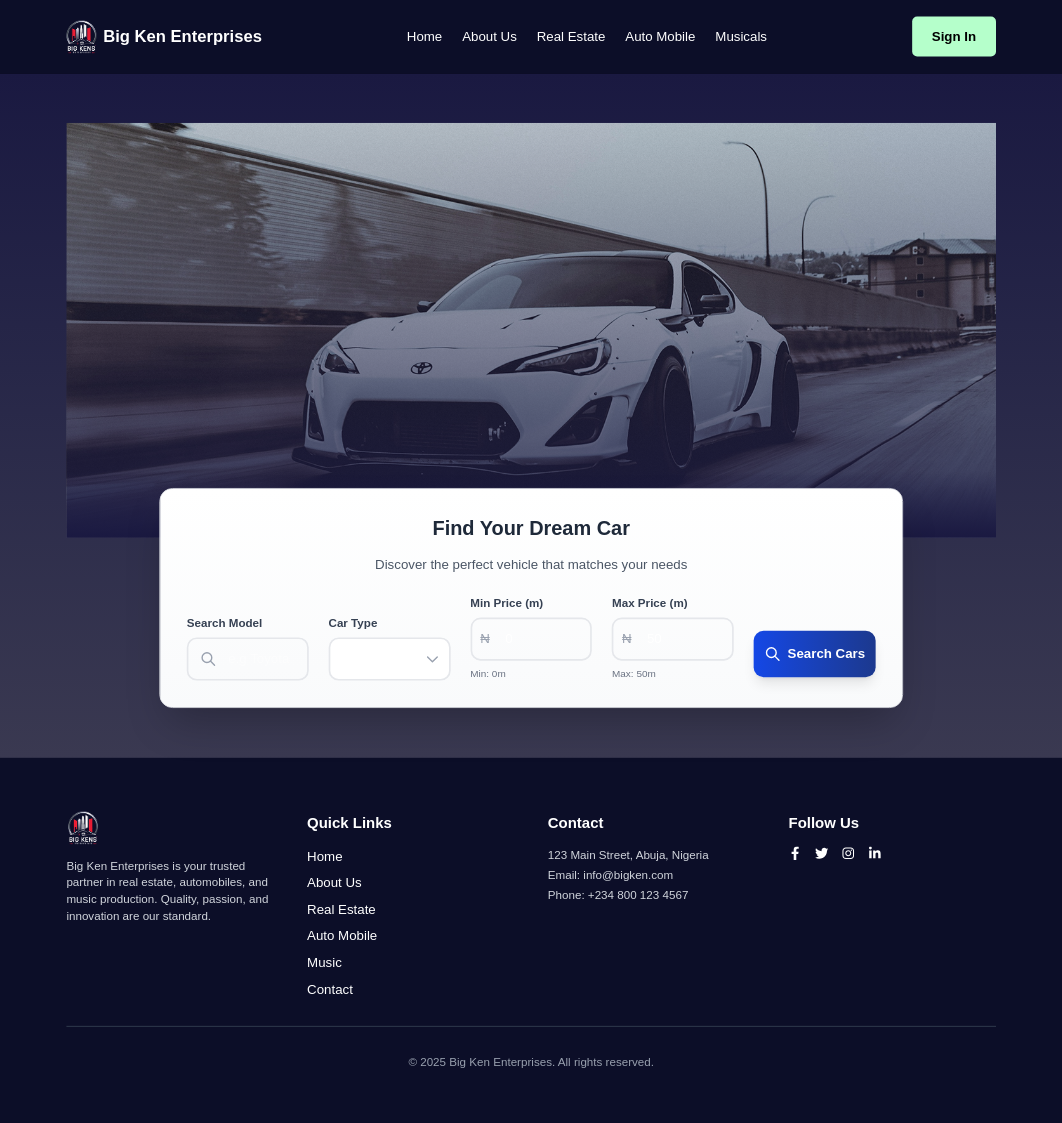
Repository: techvaro/Big-kens-realty-Frontend-react-
Page: /auto-mobile (app in big-kens-realty/)
The author's editor kept a copy of each file at every save. The page is drawn from the files as they stood at one save, then again after the next save.
The browser window is 1280 px wide. The pictures show the whole page, at 83% of full size.
The project was rebuilt for these pictures with package versions that can differ from the ones it lists, and the page was loaded fresh each time. Also part of the build but not shown: big-kens-realty/vite.config.js, big-kens-realty/src/components/Home/hero.jsx, big-kens-realty/src/components/Home/Services.jsx, big-kens-realty/src/components/Home/Stats.jsx, big-kens-realty/src/components/Home/About.jsx, big-kens-realty/src/components/Home/FeaturedProperties.jsx, big-kens-realty/src/components/Home/AutoMobileSale.jsx, big-kens-realty/src/components/Home/RecentProductions.jsx and 11 more.

Above is the page before, as saved 2025-12-10 11:32:02.

### big-kens-realty/index.html
<!doctype html>
<html lang="en">
  <head>
    <meta charset="UTF-8" />
    <link rel="icon" type="image/svg+xml" href="/vite.svg" />
    <meta name="viewport" content="width=device-width, initial-scale=1.0" />
    <title>big-kens-realty</title>
  </head>
  <body>
    <div id="root"></div>
    <script type="module" src="/src/main.jsx"></script>
  </body>
</html>

### big-kens-realty/src/index.css
@import "tailwindcss";

body {
  margin: 0;
  font-family: Arial, sans-serif;
  background-color: #0c0e28;
  color: white;
}

section {
  padding: 60px 80px;
}

h1, h2, h3 {
  margin: 0 0 15px 0;
}

.btn {
  background: #b5ffcb;
  color: #000;
  padding: 12px 25px;
  border-radius: 5px;
  border: none;
  font-weight: bold;
  cursor: pointer;
}

.btn1{
  background: #b5ffcb;
  color: #000;
  height: 30px;
  width: 80px;
  border: none;
  font-weight: bold;
  cursor: pointer;
  border-radius: 5px;
}

.card {
  background: #1b1e49;
  padding: 15px;
  border-radius: 8px;
}

nav img {
  width: auto !important;
}

### big-kens-realty/src/router/AppRouter.jsx
import { BrowserRouter, Routes, Route } from "react-router-dom";
import Home from "../Pages/Home";
import About from "../Pages/About";
import RealEstate from "../Pages/realestate";
import AutoMobile from "../Pages/Car";

// Placeholder components for routes that don't exist yet
// const About = () => <div>About Page</div>;
const Music = () => <div>Music Page</div>;
const Contact = () => <div>Contact Page</div>;

export default function AppRouter() {
  return (
    <BrowserRouter>
      <Routes>
        <Route path="/" element={<Home />} />
        <Route path="/about" element={<About />} />
        <Route path="/real-estate" element={<RealEstate />} />
        <Route path="/auto-mobile" element={<AutoMobile />} />
        <Route path="/music" element={<Music />} />
        <Route path="/contact" element={<Contact />} />
      </Routes>
    </BrowserRouter>
  );
}

### big-kens-realty/src/Pages/Car.jsx
import Navbar from "../components/Navbar/Navbar";
import Footer from "../components/Footer/Footer";
import Hero from "../components/Car/Hero";


export default function Home() {
  return (
    <>
      <Navbar />

      <Hero />

      <Footer />
    </>
  );
}

### big-kens-realty/src/components/Footer/Footer.jsx
import { FaFacebookF, FaTwitter, FaInstagram, FaLinkedinIn } from "react-icons/fa";
import logo from "../../assets/image/logo.png";

export default function Footer() {
  return (
    <footer className="bg-[#0c0e28] text-white py-16 px-5 md:px-20">

      {/* Top section */}
      <div className="grid grid-cols-1 sm:grid-cols-2 lg:grid-cols-4 gap-10">

        {/* Logo & description */}
        <div>
          <img src={logo} alt="Big Ken Enterprises Logo" className="h-10 w-10 object-contain" />
          <p className="mt-4 text-gray-300 text-sm">
            Big Ken Enterprises is your trusted partner in real estate, automobiles, and music production. Quality, passion, and innovation are our standard.
          </p>
        </div>

        {/* Quick Links */}
        <div>
          <h3 className="font-bold text-lg mb-3">Quick Links</h3>
          <ul className="space-y-2">
            <li><a href="/" className="hover:text-[#76ffa8] transition">Home</a></li>
            <li><a href="/about" className="hover:text-[#76ffa8] transition">About Us</a></li>
            <li><a href="/real-estate" className="hover:text-[#76ffa8] transition">Real Estate</a></li>
            <li><a href="/auto-mobile" className="hover:text-[#76ffa8] transition">Auto Mobile</a></li>
            <li><a href="/music" className="hover:text-[#76ffa8] transition">Music</a></li>
            <li><a href="/contact" className="hover:text-[#76ffa8] transition">Contact</a></li>
          </ul>
        </div>

        {/* Contact */}
        <div>
          <h3 className="font-bold text-lg mb-3">Contact</h3>
          <p className="text-gray-300 text-sm">123 Main Street, Abuja, Nigeria</p>
          <p className="text-gray-300 text-sm mt-1">Email: info@bigken.com</p>
          <p className="text-gray-300 text-sm mt-1">Phone: +234 800 123 4567</p>
        </div>

        {/* Social Media */}
        <div>
          <h3 className="font-bold text-lg mb-3">Follow Us</h3>
          <div className="flex gap-4">
            <a href="#" className="text-white hover:text-[#76ffa8] transition"><FaFacebookF /></a>
            <a href="#" className="text-white hover:text-[#76ffa8] transition"><FaTwitter /></a>
            <a href="#" className="text-white hover:text-[#76ffa8] transition"><FaInstagram /></a>
            <a href="#" className="text-white hover:text-[#76ffa8] transition"><FaLinkedinIn /></a>
          </div>
        </div>
      </div>

      {/* Divider */}
      <hr className="my-8 border-gray-700" />

      {/* Bottom section */}
      <p className="text-center text-gray-400 text-sm">
        &copy; {new Date().getFullYear()} Big Ken Enterprises. All rights reserved.
      </p>
    </footer>
  );
}

### big-kens-realty/src/components/Car/Hero.jsx
import { useState } from 'react';
import carbg from "../../assets/car/carbg.png";

export default function HeroSearchSection() {
  const [searchData, setSearchData] = useState({
    model: '',
    carType: 'all',
    minPrice: '0',
    maxPrice: '50'
  });

  const handleInputChange = (e) => {
    const { name, value } = e.target;
    setSearchData(prev => ({
      ...prev,
      [name]: value
    }));
  };

  const handleSubmit = (e) => {
    e.preventDefault();
    // Here you would typically send the search data to your backend or filter cars
    console.log('Search submitted:', searchData);
    alert(`Searching for: ${searchData.model || 'any model'} | Type: ${searchData.carType} | Price: ${searchData.minPrice}m - ${searchData.maxPrice}m`);
  };

  return (
    <section className="relative bg-gradient-to-b from-[#1A1941] to-[#3a3951] pb-16">
      {/* Hero Image with enhanced overlay */}
      <div className="relative overflow-hidden">
        <img
          src={carbg}
          className="w-full h-[500px] object-cover opacity-80"
          alt="Luxury cars background"
        />
        {/* Gradient overlay for better visual appeal */}
        <div className="absolute inset-0 bg-gradient-to-t from-[#1A1941]/80 via-[#1A1941]/40 to-transparent"></div>
        <div className="absolute bottom-0 left-0 right-0 h-20 bg-gradient-to-t from-[#1A1941] to-transparent"></div>
      </div>

      {/* Enhanced Search Box */}
      <div className="bg-gradient-to-b from-white to-gray-50 w-11/12 md:w-4/5 mx-auto mt-[-60px] p-8 rounded-2xl shadow-2xl z-10 relative border border-gray-200">
        <div className="text-center mb-6">
          <h2 className="text-2xl font-bold text-gray-800">Find Your Dream Car</h2>
          <p className="text-gray-600">Discover the perfect vehicle that matches your needs</p>
        </div>

        <form onSubmit={handleSubmit} className="grid md:grid-cols-5 gap-6 items-end">
          {/* Search Model */}
          <div className="space-y-2">
            <label className="text-sm font-semibold text-gray-700 block">Search Model</label>
            <div className="relative">
              <input
                type="text"
                name="model"
                placeholder="e.g Toyota"
                value={searchData.model}
                onChange={handleInputChange}
                className="w-full border-2 border-gray-200 px-4 py-3 rounded-xl focus:outline-none focus:ring-2 focus:ring-blue-500 focus:border-blue-500 transition-all duration-300 pl-12"
              />
              <div className="absolute left-4 top-1/2 transform -translate-y-1/2 text-gray-400">
                <svg xmlns="http://www.w3.org/2000/svg" className="h-5 w-5" fill="none" viewBox="0 0 24 24" stroke="currentColor">
                  <path strokeLinecap="round" strokeLinejoin="round" strokeWidth={2} d="M21 21l-6-6m2-5a7 7 0 11-14 0 7 7 0 0114 0z" />
                </svg>
              </div>
            </div>
          </div>

          {/* Car Type */}
          <div className="space-y-2">
            <label className="text-sm font-semibold text-gray-700 block">Car Type</label>
            <div className="relative">
              <select
                name="carType"
                value={searchData.carType}
                onChange={handleInputChange}
                className="w-full border-2 border-gray-200 px-4 py-3 rounded-xl focus:outline-none focus:ring-2 focus:ring-blue-500 focus:border-blue-500 transition-all duration-300 appearance-none bg-white"
              >
                <option value="all">All Types</option>
                <option value="belgium">Belgium</option>
                <option value="tokunbo">Tokunbo</option>
                <option value="brand_new">Brand New</option>
              </select>
              <div className="absolute right-3 top-1/2 transform -translate-y-1/2 text-gray-400 pointer-events-none">
                <svg xmlns="http://www.w3.org/2000/svg" className="h-5 w-5" fill="none" viewBox="0 0 24 24" stroke="currentColor">
                  <path strokeLinecap="round" strokeLinejoin="round" strokeWidth={2} d="M19 9l-7 7-7-7" />
                </svg>
              </div>
            </div>
          </div>

          {/* Min Price */}
          <div className="space-y-2">
            <label className="text-sm font-semibold text-gray-700 block">Min Price (m)</label>
            <div className="relative">
              <input
                type="number"
                name="minPrice"
                min="0"
                max={searchData.maxPrice}
                value={searchData.minPrice}
                onChange={handleInputChange}
                className="w-full border-2 border-gray-200 px-4 py-3 rounded-xl focus:outline-none focus:ring-2 focus:ring-blue-500 focus:border-blue-500 transition-all duration-300 pl-10"
              />
              <div className="absolute left-3 top-1/2 transform -translate-y-1/2 text-gray-400">
                <span>₦</span>
              </div>
            </div>
            <div className="text-xs text-gray-500">Min: {searchData.minPrice}m</div>
          </div>

          {/* Max Price */}
          <div className="space-y-2">
            <label className="text-sm font-semibold text-gray-700 block">Max Price (m)</label>
            <div className="relative">
              <input
                type="number"
                name="maxPrice"
                min={searchData.minPrice}
                max="50"
                value={searchData.maxPrice}
                onChange={handleInputChange}
                className="w-full border-2 border-gray-200 px-4 py-3 rounded-xl focus:outline-none focus:ring-2 focus:ring-blue-500 focus:border-blue-500 transition-all duration-300 pl-10"
              />
              <div className="absolute left-3 top-1/2 transform -translate-y-1/2 text-gray-400">
                <span>₦</span>
              </div>
            </div>
            <div className="text-xs text-gray-500">Max: {searchData.maxPrice}m</div>
          </div>

          {/* Search Button */}
          <div className="pb-1">
            <button
              type="submit"
              className="w-full bg-gradient-to-r from-blue-700 to-blue-900 hover:from-blue-800 hover:to-blue-950 text-white py-4 rounded-xl font-bold shadow-lg hover:shadow-xl transform hover:-translate-y-0.5 transition-all duration-300 flex items-center justify-center"
            >
              <svg xmlns="http://www.w3.org/2000/svg" className="h-5 w-5 mr-2" fill="none" viewBox="0 0 24 24" stroke="currentColor">
                <path strokeLinecap="round" strokeLinejoin="round" strokeWidth={2} d="M21 21l-6-6m2-5a7 7 0 11-14 0 7 7 0 0114 0z" />
              </svg>
              Search Cars
            </button>
          </div>
        </form>
      </div>
    </section>
  );
}

Loaded but not shown: big-kens-realty/src/main.jsx (common file); big-kens-realty/src/App.jsx (common file); big-kens-realty/src/components/Navbar/Navbar.jsx (147 lines, source omitted)

After the next save:
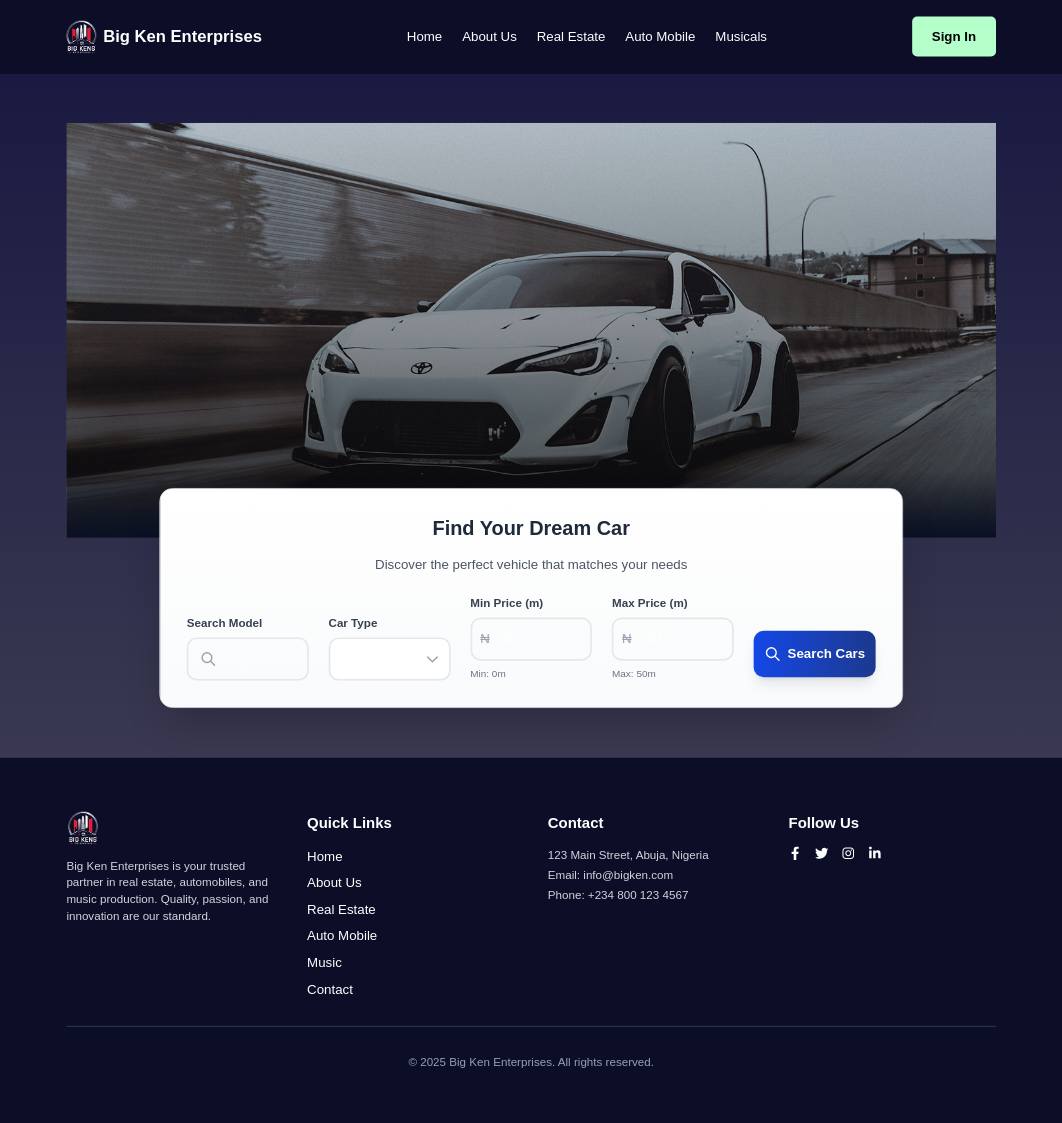
Saved 8 s later.
--- a/big-kens-realty/src/components/Car/Hero.jsx
+++ b/big-kens-realty/src/components/Car/Hero.jsx
@@ -34,8 +34,8 @@
           alt="Luxury cars background"
         />
         {/* Gradient overlay for better visual appeal */}
-        <div className="absolute inset-0 bg-gradient-to-t from-[#1A1941]/80 via-[#1A1941]/40 to-transparent"></div>
-        <div className="absolute bottom-0 left-0 right-0 h-20 bg-gradient-to-t from-[#1A1941] to-transparent"></div>
+        <div className="absolute inset-0 bg-gradient-to-t from-black/70 via-black/30 to-transparent"></div>
+        <div className="absolute bottom-0 left-0 right-0 h-20 bg-gradient-to-t from-[#0A1023] to-transparent"></div>
       </div>
 
       {/* Enhanced Search Box */}

After the 4 saves that followed:
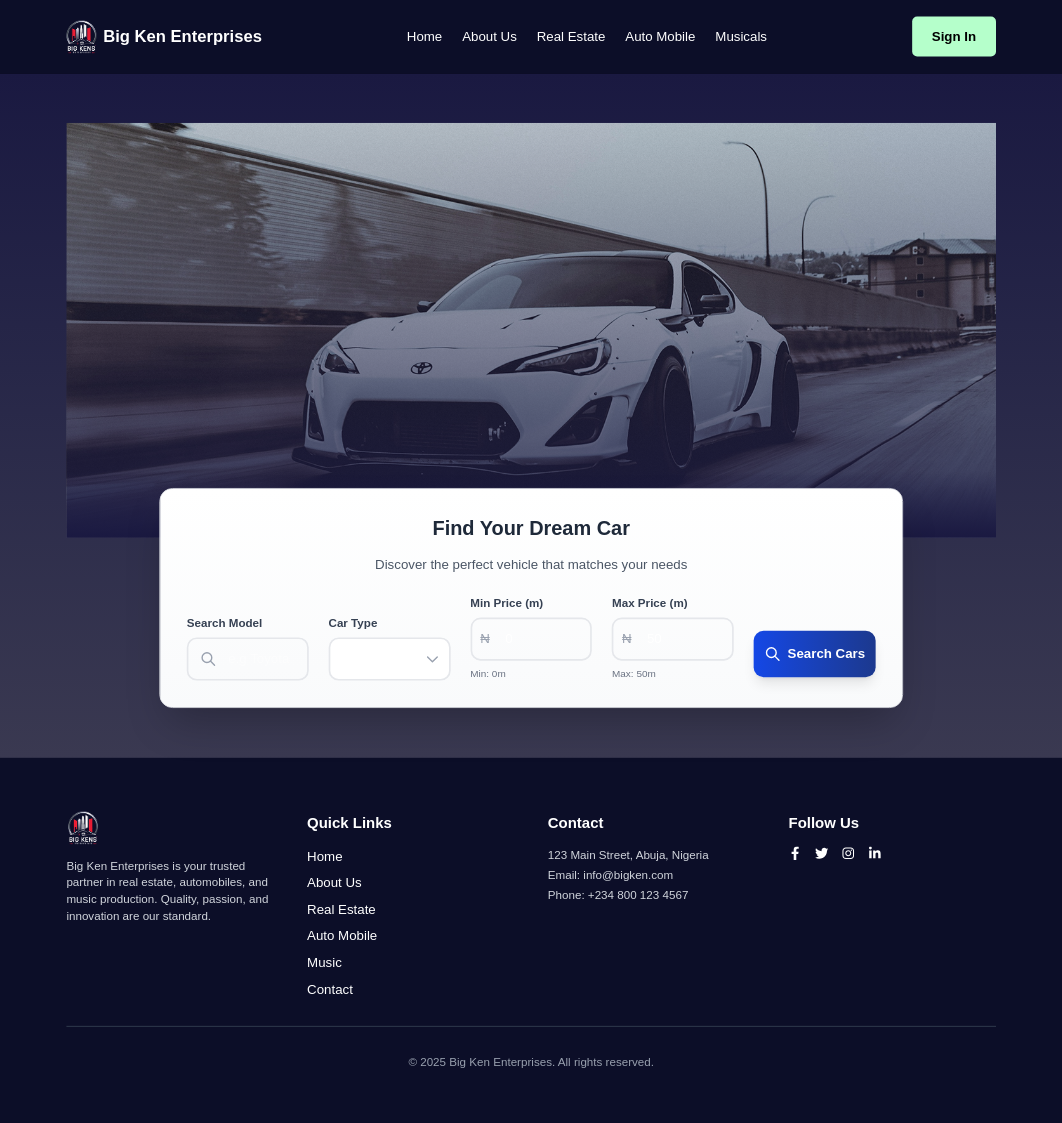
The 4 saves are shown as one change because they came seconds apart.
The last was saved 7 s later.
--- a/big-kens-realty/src/components/Car/Hero.jsx
+++ b/big-kens-realty/src/components/Car/Hero.jsx
@@ -34,8 +34,8 @@
           alt="Luxury cars background"
         />
         {/* Gradient overlay for better visual appeal */}
-        <div className="absolute inset-0 bg-gradient-to-t from-black/70 via-black/30 to-transparent"></div>
-        <div className="absolute bottom-0 left-0 right-0 h-20 bg-gradient-to-t from-[#0A1023] to-transparent"></div>
+        <div className="absolute inset-0 bg-gradient-to-t from-[#1A1941]/80 via-[#1A1941]/40 to-transparent"></div>
+        <div className="absolute bottom-0 left-0 right-0 h-20 bg-gradient-to-t from-[#1A1941] to-transparent"></div>
       </div>
 
       {/* Enhanced Search Box */}
@@ -114,7 +114,7 @@
             <label className="text-sm font-semibold text-gray-700 block">Max Price (m)</label>
             <div className="relative">
               <input
-                type="number"
+                type="number"yyy
                 name="maxPrice"
                 min={searchData.minPrice}
                 max="50"
